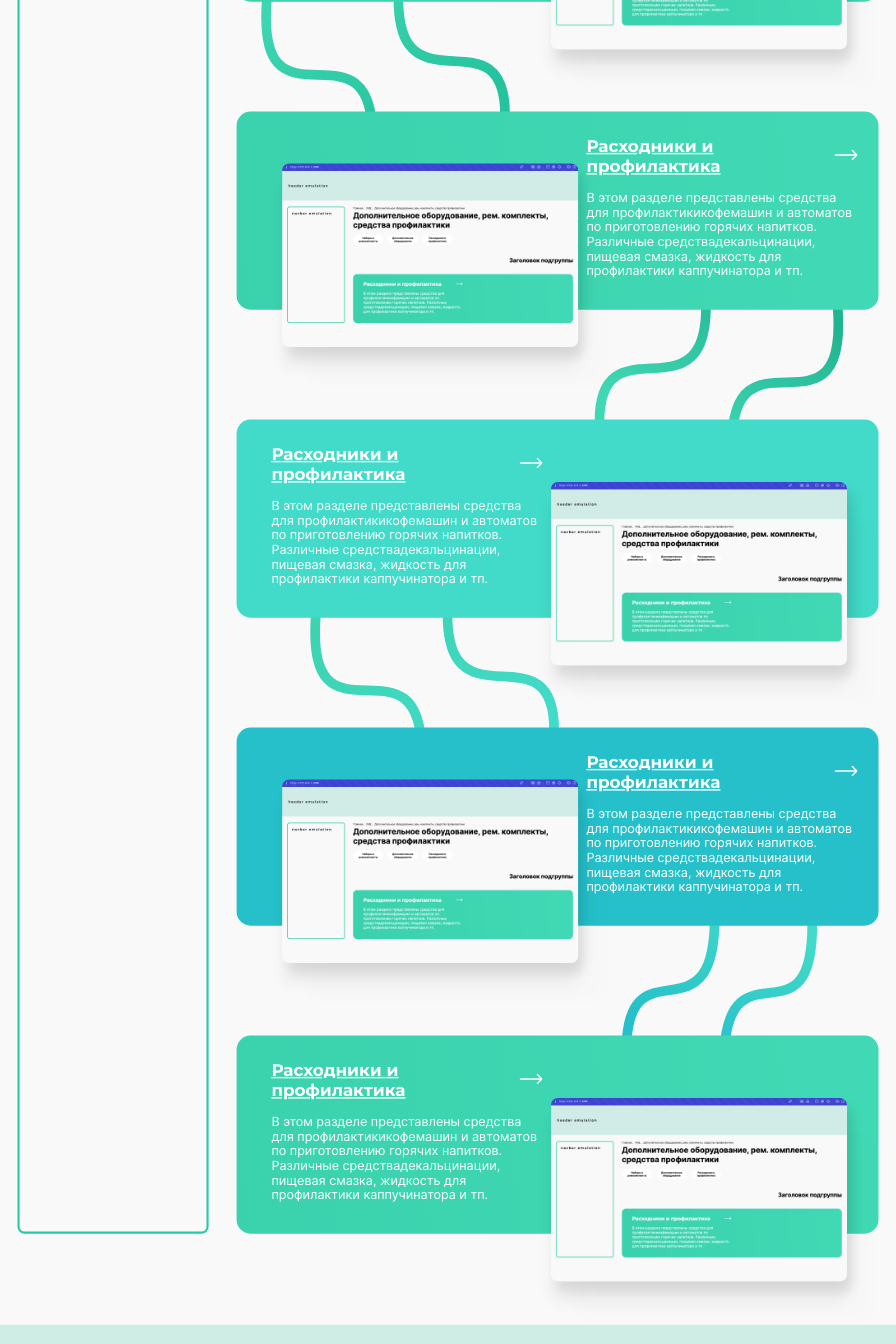
Repository: axonde/venpart-faq-pages
Page: index.html
An editor plug-in stored every save of this project. The page is shown before and after the next save, followed by the edit.
The browser window is 1280 px wide. The pictures show the part of the page from y = 599 to 2519 px (the page is 2635 px tall), at 70% of full size.

Above is the page before, as saved 2024-02-28 20:09:26.

After the next save:
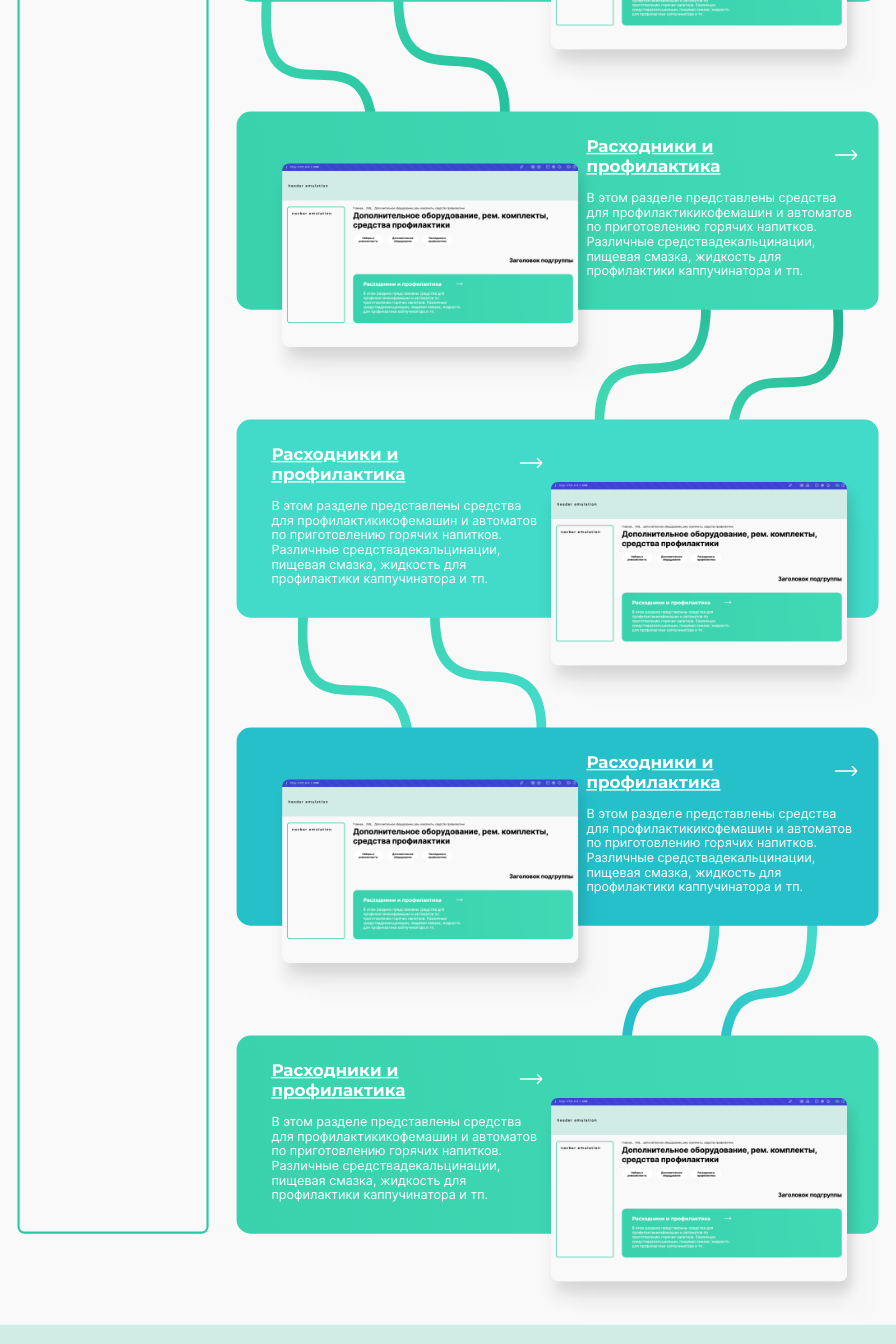
Saved 5 s later.
--- a/style.css
+++ b/style.css
@@ -584,7 +584,7 @@ scrollbar-width: none; /* Firefox */}
 	width: 356px;
 	height: 287px;
 	/* top: 80%; */
-	left: 105px;}
+	left: 87px;}
 .faq__item:nth-child(4n)::after {
 	background: url('decorations/decoration-4.svg');
 	width: 280px;
